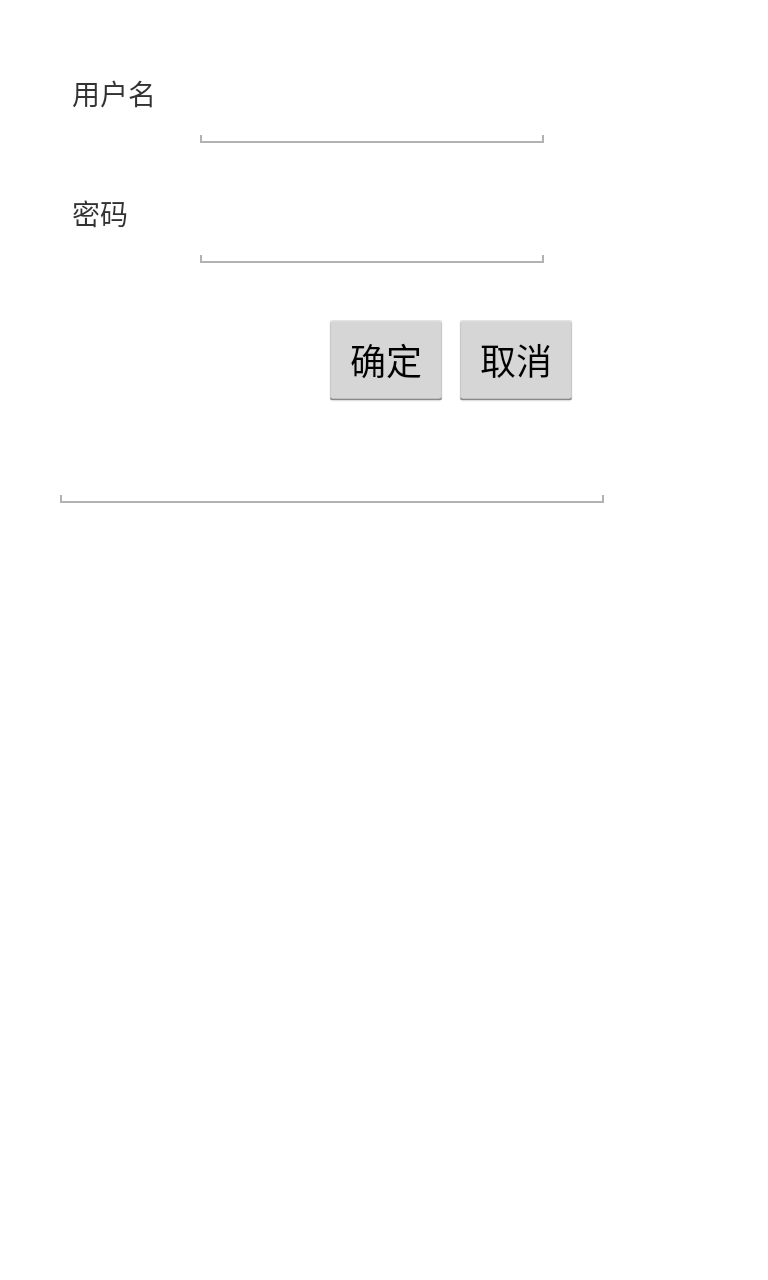
Repository: ShigerD/AndroidSample
Layout: Sample/Sample3/Sample3_5/Sample3_5/res/layout/activity_main.xml
The author's editor kept a copy of each file at every save. The layout is drawn from the files as they stood at one save, then again after the next save.
It is drawn on a 768 x 1280 px phone screen (xhdpi) without system bars, with theme AppTheme; the app's code is not run.

Above is the layout before, as saved 2016-08-17 05:20:02.

After the next save:
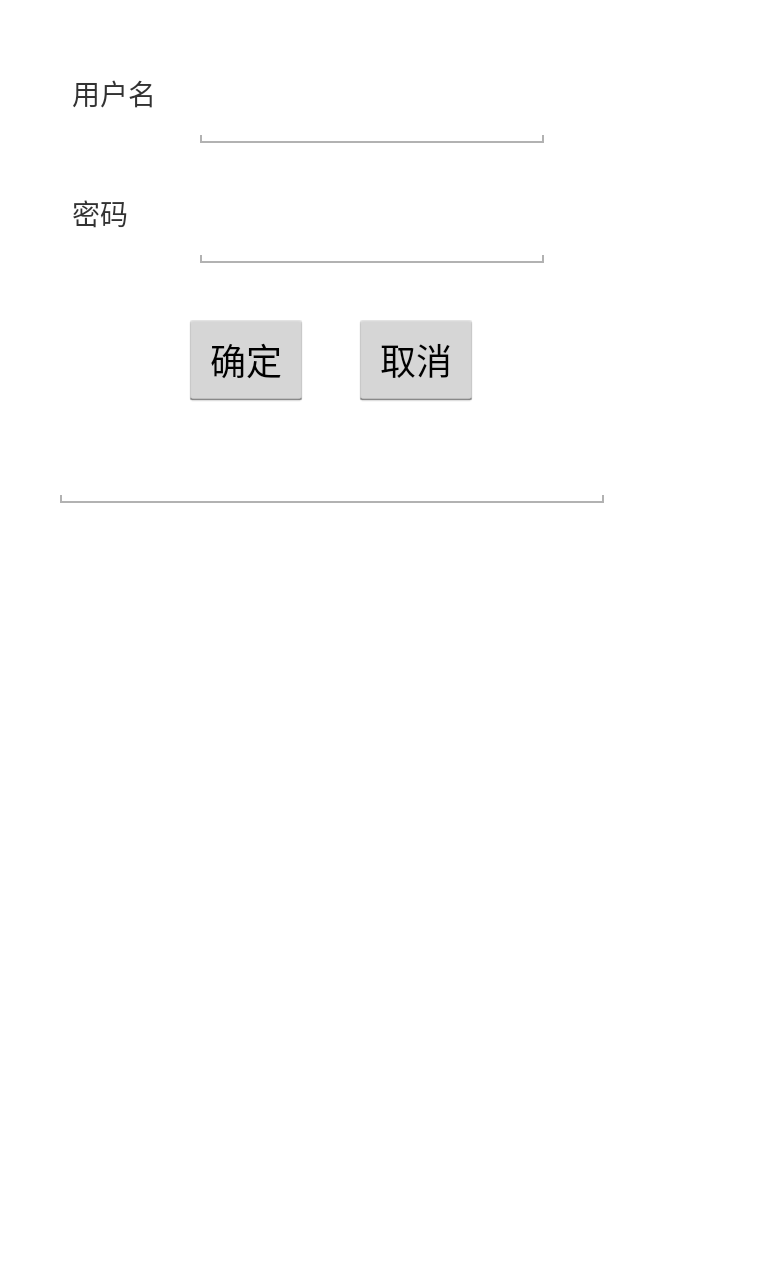
Saved 13 min 4 s later.
--- a/Sample/Sample3/Sample3_5/Sample3_5/res/layout/activity_main.xml
+++ b/Sample/Sample3/Sample3_5/Sample3_5/res/layout/activity_main.xml
@@ -38,7 +38,7 @@
            android:id="@+id/button1"
            android:layout_width="wrap_content"
            android:layout_height="wrap_content"
-           android:layout_x="145dp"
+           android:layout_x="75dp"
            android:layout_y="140dp"
            android:text="@string/ok"/>
 
@@ -46,7 +46,7 @@
            android:id="@+id/button2"
            android:layout_width="wrap_content"
            android:layout_height="wrap_content"
-           android:layout_x="210dp"
+           android:layout_x="160dp"
            android:layout_y="140dp"
            android:text="@string/cancel" />
        <ScrollView
